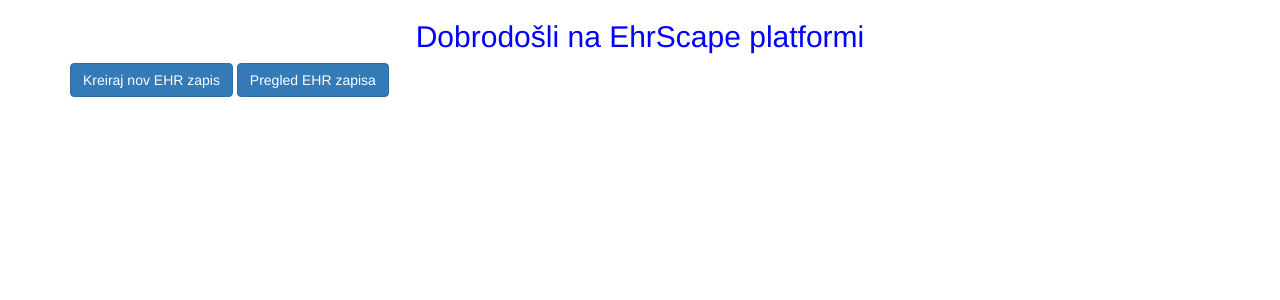
Repository: Denten7/oisdn4
Page: index.html
The author's editor kept a record of every edit. The page is drawn from the files as they stood at one moment, then again after the next edit.
The browser window is 1280 px wide. The pictures show the whole page.
Some web libraries are served in a nearby version.

Above is the page before.

After the next edit:
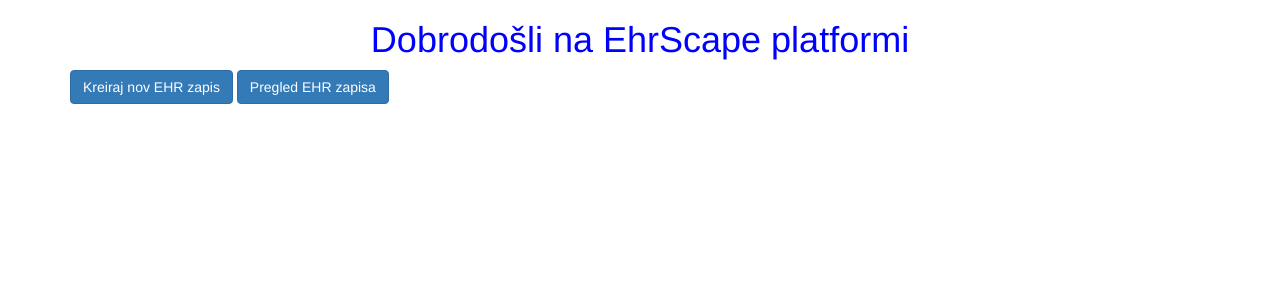
The edit:
--- a/index.html
+++ b/index.html
@@ -12,7 +12,7 @@
 
       <div class="container">
         <div class="wide-layout developers light">
-          <center><h2 style= "color:blue">Dobrodošli na EhrScape platformi</h2></center>
+          <center><h1 style= "color:blue">Dobrodošli na EhrScape platformi</h1></center>
           <div class="buttons">
             <a href="index1.html" class="btn btn-primary">Kreiraj nov EHR zapis</a>
             <a href="index2.html" class="btn btn-primary">Pregled EHR zapisa</a>
